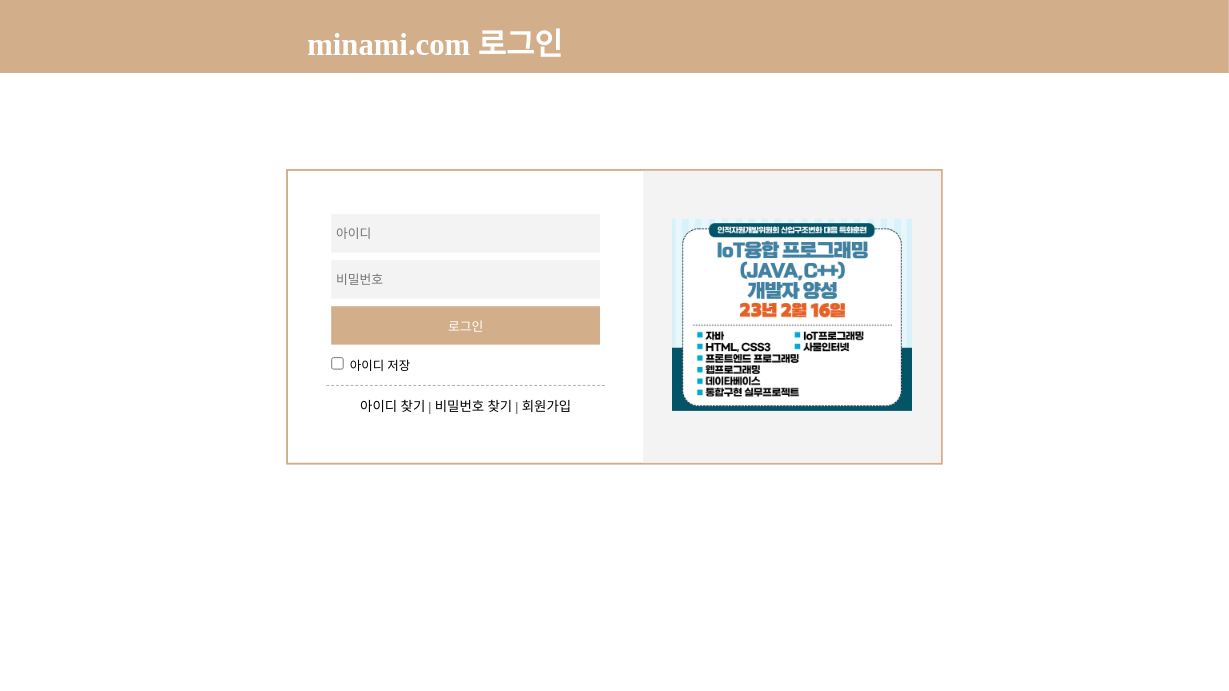
Repository: Minami0717/JSP_Study
Page: http://localhost/JSP_Gall/jsp/loginForm.jsp
These files come from the project's save history. The page is drawn as it stood at one moment and after the next save; the edit follows.
The browser window is 1280 px wide. The pictures show the whole page, at 96% of full size.
The page is served by Tomcat 9. Other server files are loaded and not shown.

Above is the page before, as saved 2023-02-15 06:59:14.

### JSP_Gall/src/main/webapp/jsp/loginForm.jsp
<%@ page language="java" contentType="text/html; charset=UTF-8"
    pageEncoding="UTF-8"%>
<!DOCTYPE html>
<%
	String url = request.getParameter("url");
%>
<html>
<head>
<meta charset="UTF-8">
<title>Insert title here</title>
<style>
	* {margin: 0; padding: 0;}
	header {background: #d2af8a; padding: 20px 25% 10px;}
	header a {color: white;}
	header a:hover {text-decoration: none;}
	div[align=center] {display: inline-block; border: 2px solid #d2af8a; margin: 100px auto; font-size: 13px;}
	div[align=center] > div {float: right; background: #f3f3f3; padding: 50px 30px;}
	form {float: left; padding: 40px;}
	form div {border-top: 1px dashed #aaa; padding: 10px 0; font-size: 14px;}
	body {text-align: center;}
	input {margin: 3px;}
	.input {width: 270px; height: 40px; background: #f3f3f3; border: none; padding: 0 5px;}
	#login {width: 280px; height: 40px; background-color: #d2af8a;
	color: white; border: none; cursor: pointer;}
	.button {height: 30px;}
	a {text-decoration: none; color: black;}
	a:hover {text-decoration: underline;}
	img {width: 250px;}
	table tr:last-child td {padding: 5px 0 10px;}
</style>
</head>
<body>
	<header>
		<h1 align=left><a href=main.jsp>minami.com</a> <a href=>로그인</a></h1>
	</header>
	<div align=center>
		<form action="checkID.jsp?url=<%= url %>" method=post>
			<table>
				<tr>
					<td><input type=text placeholder="아이디" class=input name=code></td>
				</tr>
				<tr>
					<td><input type=password placeholder="비밀번호" class=input name=pw></td>
				</tr>
				<tr>
					<td><input type=submit value=로그인 id=login></td>
				</tr>
				<tr>
					<td><input type="checkbox"> 아이디 저장</td>
				</tr>
			</table>
			<div>
				<a href=#>아이디 찾기</a> | <a href=#>비밀번호 찾기</a> | <a href=joinForm.jsp>회원가입</a>
			</div>
		</form>
		<div>
			<a href=http://www.kcd.or.kr><img src=image/banner1.png></a>
		</div>
	</div>
</body>
</html>

After the next save:
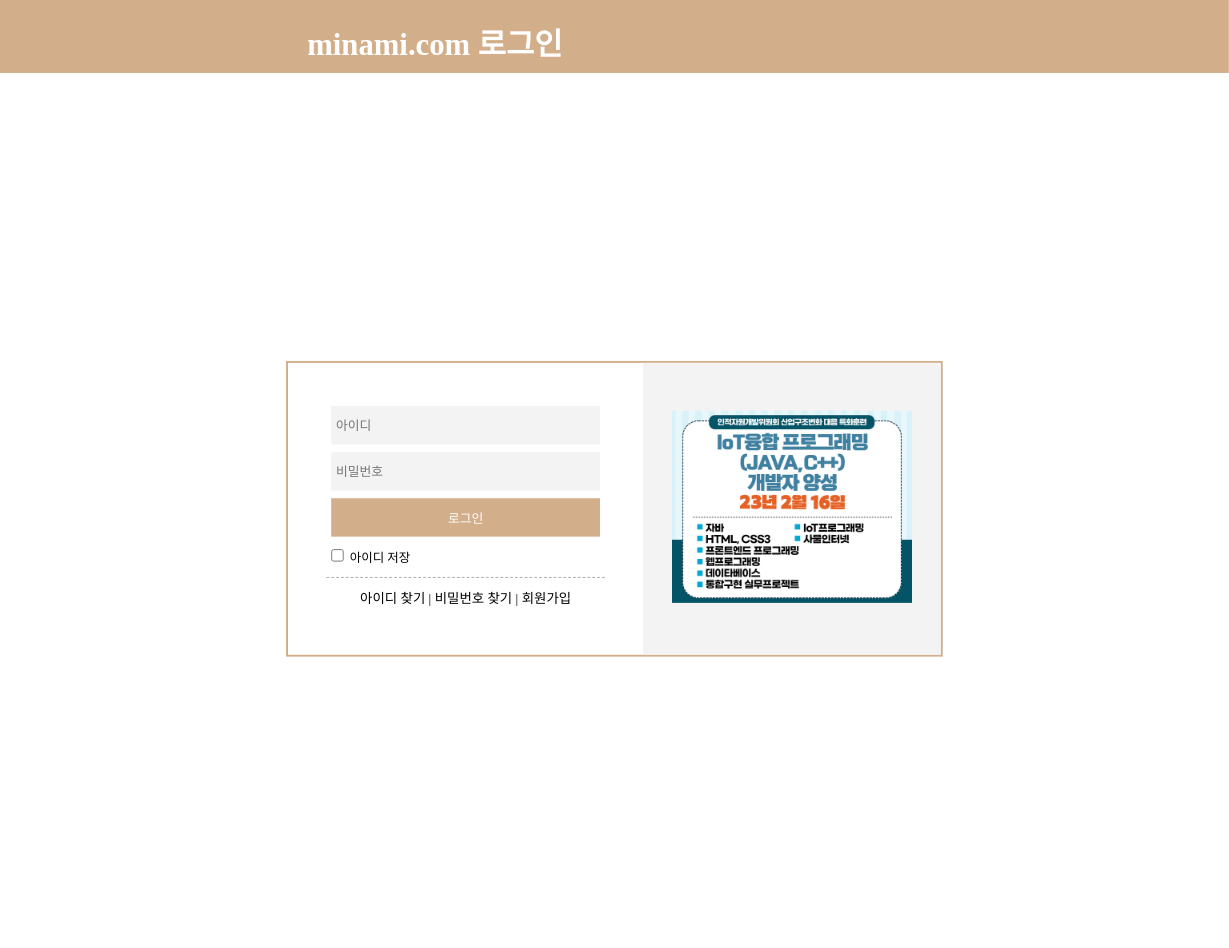
Saved 24 s later.
--- a/JSP_Gall/src/main/webapp/jsp/loginForm.jsp
+++ b/JSP_Gall/src/main/webapp/jsp/loginForm.jsp
@@ -13,7 +13,7 @@
 	header {background: #d2af8a; padding: 20px 25% 10px;}
 	header a {color: white;}
 	header a:hover {text-decoration: none;}
-	div[align=center] {display: inline-block; border: 2px solid #d2af8a; margin: 100px auto; font-size: 13px;}
+	div[align=center] {display: inline-block; border: 2px solid #d2af8a; margin: 300px auto; font-size: 13px;}
 	div[align=center] > div {float: right; background: #f3f3f3; padding: 50px 30px;}
 	form {float: left; padding: 40px;}
 	form div {border-top: 1px dashed #aaa; padding: 10px 0; font-size: 14px;}
